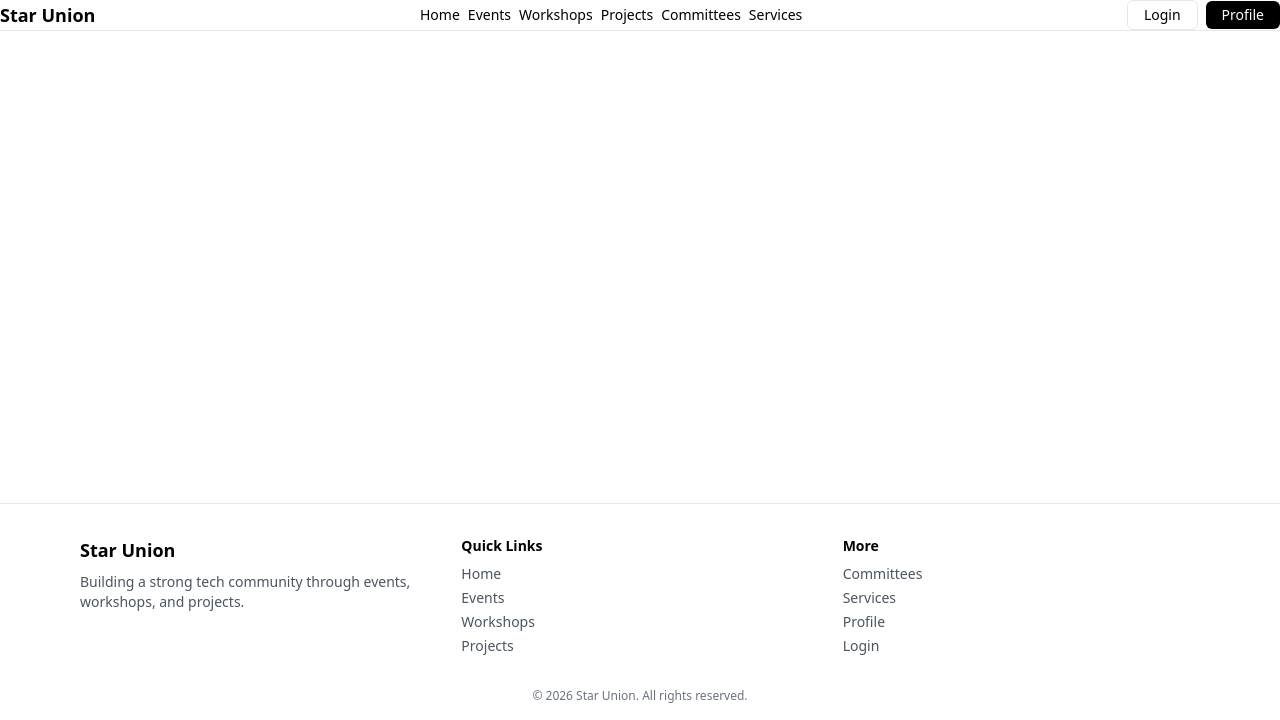
Repository: Frontend-Committee/StarUnion-Website
Page: /
These files come from the project's save history. The page is drawn as it stood at one moment and after the next save; the edit follows.
The browser window is 1280 px wide. The pictures show the whole page.
The project was rebuilt for these pictures with package versions that can differ from the ones it lists, and the page was loaded fresh each time. Also part of the build but not shown: vite.config.js.

Above is the page before, as saved 2026-02-25 04:34:43.

### index.html
<!doctype html>
<html lang="en">
  <head>
    <meta charset="UTF-8" />
    <meta name="viewport" content="width=device-width, initial-scale=1.0" />
    <title>star-union</title>
  </head>
  <body>
    <div id="root"></div>
    <script type="module" src="/src/main.jsx"></script>
  </body>
</html>

### src/App.jsx
import { BrowserRouter, Routes, Route } from "react-router-dom";
import "./App.css";

import MainLayout from "./layouts/MainLayout";

function App() {
  return (
    <BrowserRouter>
      <Routes>
        <Route path="*" element={<MainLayout />}></Route>
      </Routes>
    </BrowserRouter>
  );
}

export default App;

### src/App.css
@tailwind base;
@tailwind components;
@tailwind utilities;
.container {
  @apply max-w-6xl px-4 py-3 mx-auto;
}

### src/layouts/MainLayout.jsx
import { Outlet } from "react-router-dom";
import Navbar from "../components/common/Navbar";
import Footer from "../components/common/Footer";

export default function MainLayout() {
  return (
    <div className="flex flex-col min-h-screen">
      <Navbar />
      <main className="flex-1">
        <Outlet />
      </main>
      <Footer />
    </div>
  );
}

### src/components/common/Navbar.jsx
{
  /*only for testing*/
}
export default function Navbar() {
  return (
    <nav className="bg-white border-b">
      <div className="flex items-center justify-between ">
        <h1 className="text-lg font-bold">Star Union</h1>

        <div className="items-center hidden gap-2 text-sm font-medium md:flex">
          <span className="cursor-pointer hover:text-gray-600">Home</span>
          <span className="cursor-pointer hover:text-gray-600">Events</span>
          <span className="cursor-pointer hover:text-gray-600">Workshops</span>
          <span className="cursor-pointer hover:text-gray-600">Projects</span>
          <span className="cursor-pointer hover:text-gray-600">Committees</span>
          <span className="cursor-pointer hover:text-gray-600">Services</span>
        </div>

        <div className="flex items-center gap-2">
          <button className="px-4 py-1 text-sm border rounded-md hover:bg-gray-100">
            Login
          </button>

          <button className="px-4 py-1 text-sm text-white bg-black rounded-md">
            Profile
          </button>
        </div>
      </div>
    </nav>
  );
}

### src/components/common/Footer.jsx
export default function Footer() {
  return (
    <footer className="mt-10 bg-white border-t">
      <div className="grid max-w-6xl gap-6 px-4 py-8 mx-auto text-sm md:grid-cols-3">

        <div>
          <h2 className="mb-2 text-lg font-bold">Star Union</h2>
          <p className="text-gray-600">
            Building a strong tech community through events, workshops, and projects.
          </p>
        </div>

        <div>
          <h3 className="mb-2 font-semibold">Quick Links</h3>
          <ul className="space-y-1 text-gray-600">
            <li><span className="cursor-pointer hover:text-black">Home</span></li>
            <li><span className="cursor-pointer hover:text-black">Events</span></li>
            <li><span className="cursor-pointer hover:text-black">Workshops</span></li>
            <li><span className="cursor-pointer hover:text-black">Projects</span></li>
          </ul>
        </div>

        <div>
          <h3 className="mb-2 font-semibold">More</h3>
          <ul className="space-y-1 text-gray-600">
            <li><span className="cursor-pointer hover:text-black">Committees</span></li>
            <li><span className="cursor-pointer hover:text-black">Services</span></li>
            <li><span className="cursor-pointer hover:text-black">Profile</span></li>
            <li><span className="cursor-pointer hover:text-black">Login</span></li>
          </ul>
        </div>

      </div>

      <div className="pb-4 text-xs text-center text-gray-500">
        © 2026 Star Union. All rights reserved.
      </div>
    </footer>
  );
}

### tailwind.config.js
/** @type {import('tailwindcss').Config} */
module.exports = {
  content: ["./index.html", "./src/**/*.{js,jsx,ts,tsx}"],

  theme: {
    container: {
      center: true,
      padding: {
        DEFAULT: "16px", // mobile side margins
        lg: "24px", // desktop side margins
      },
    },

    extend: {
      colors: {
        primary: "#7441FF",
        secondary: "#11EDA4",
        tertiary: "#EFD830",

        background: "#FFFFFF",
        text: "#111111",
        textInvert: "#FFFFFF",

        muted: "#E1D6FF",
        card: "#FFFFFF",
        cardSoft: "#C8B5FC",

        success: "#12B76A",
        warning: "#F59E0B",
        error: "#EF4444",

        bg31: "#241352",
        bg32: "#4D3398",
        bg33: "#1E1A2B",
      },

      backgroundImage: {
        gradientBg3:
          "radial-gradient(circle at top, #241352 0%, #4D3398 45%, #1E1A2B 100%)",
        gradientFooter: "linear-gradient(135deg, #E1D6FF 0%, #7441FF 100%)",
        gradientBrand:
          "linear-gradient(135deg, #7441FF 0%, #11EDA4 50%, #EFD830 100%)",
      },

      // typography
      fontSize: {
        h1: ["44px", { lineHeight: "1.1", fontWeight: "800" }],
        h2: ["32px", { lineHeight: "1.15", fontWeight: "800" }],
        h3: ["24px", { lineHeight: "1.2", fontWeight: "800" }],
        h4: ["20px", { lineHeight: "1.25", fontWeight: "800" }],
        body: ["16px", { lineHeight: "1.6", fontWeight: "800" }],
        caption: ["14px", { lineHeight: "1.4", fontWeight: "800" }],
        micro: ["12px", { lineHeight: "1.35", fontWeight: "800" }],
      },

      /*
       Spacing tokens
       */
      spacing: {
        1: "4px",
        2: "8px",
        3: "12px",
        4: "16px",
        6: "24px",
        8: "32px",
        12: "48px",
        16: "64px",
      },

      /*
       Section spacing helpers
       */
      margin: {
        "section-sm": "24px",
        "section-md": "32px",
        "section-lg": "48px",
        "section-xl": "64px",
      },
      padding: {
        "section-sm": "24px",
        "section-md": "32px",
        "section-lg": "48px",
        "section-xl": "64px",
      },

      boxShadow: {
        soft: "0 4px 10px rgba(0,0,0,0.1)",
      },

      borderRadius: {
        card: "16px",
      },
    },
  },

  plugins: [],
};

Loaded but not shown: src/main.jsx (common file)

After the next save:
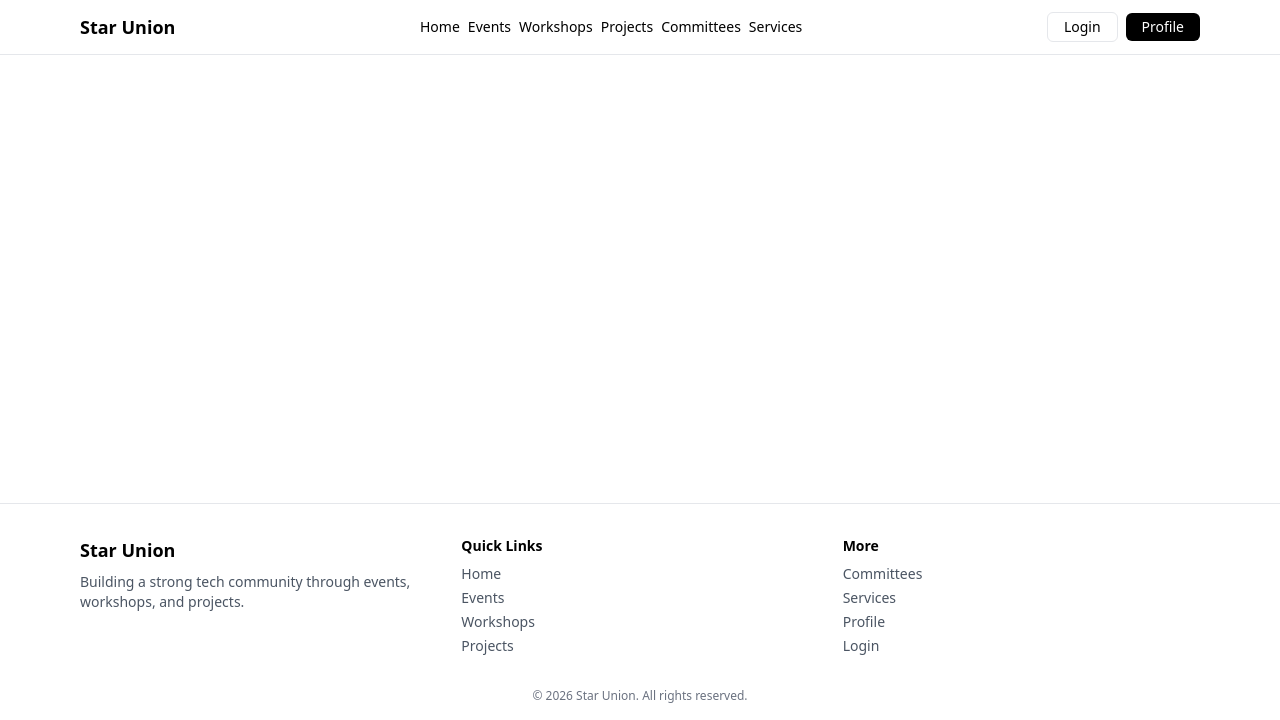
Saved 4 s later.
--- a/src/components/common/Navbar.jsx
+++ b/src/components/common/Navbar.jsx
@@ -4,7 +4,7 @@
 export default function Navbar() {
   return (
     <nav className="bg-white border-b">
-      <div className="flex items-center justify-between ">
+      <div className="flex items-center justify-between container">
         <h1 className="text-lg font-bold">Star Union</h1>
 
         <div className="items-center hidden gap-2 text-sm font-medium md:flex">
